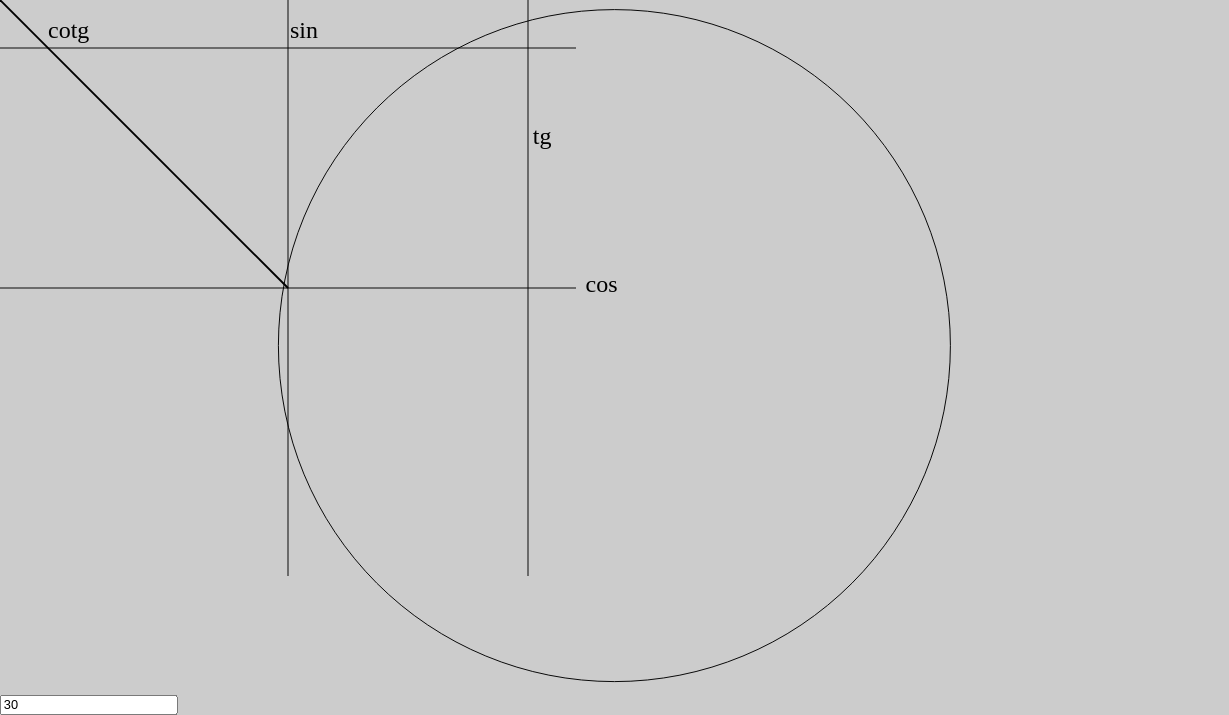
Repository: BraynStorm/braynstorm.github.io
Page: http://localhost/
An editor plug-in stored every save of this project. The page is shown before and after the next save, followed by the edit.
The browser window is 1280 px wide. The pictures show the whole page, at 96% of full size.
The page is run by PHP 8.4 with error messages shown; the project is at /var/www/html/.

Above is the page before, as saved 2015-02-24 20:09:41.

After the next save:
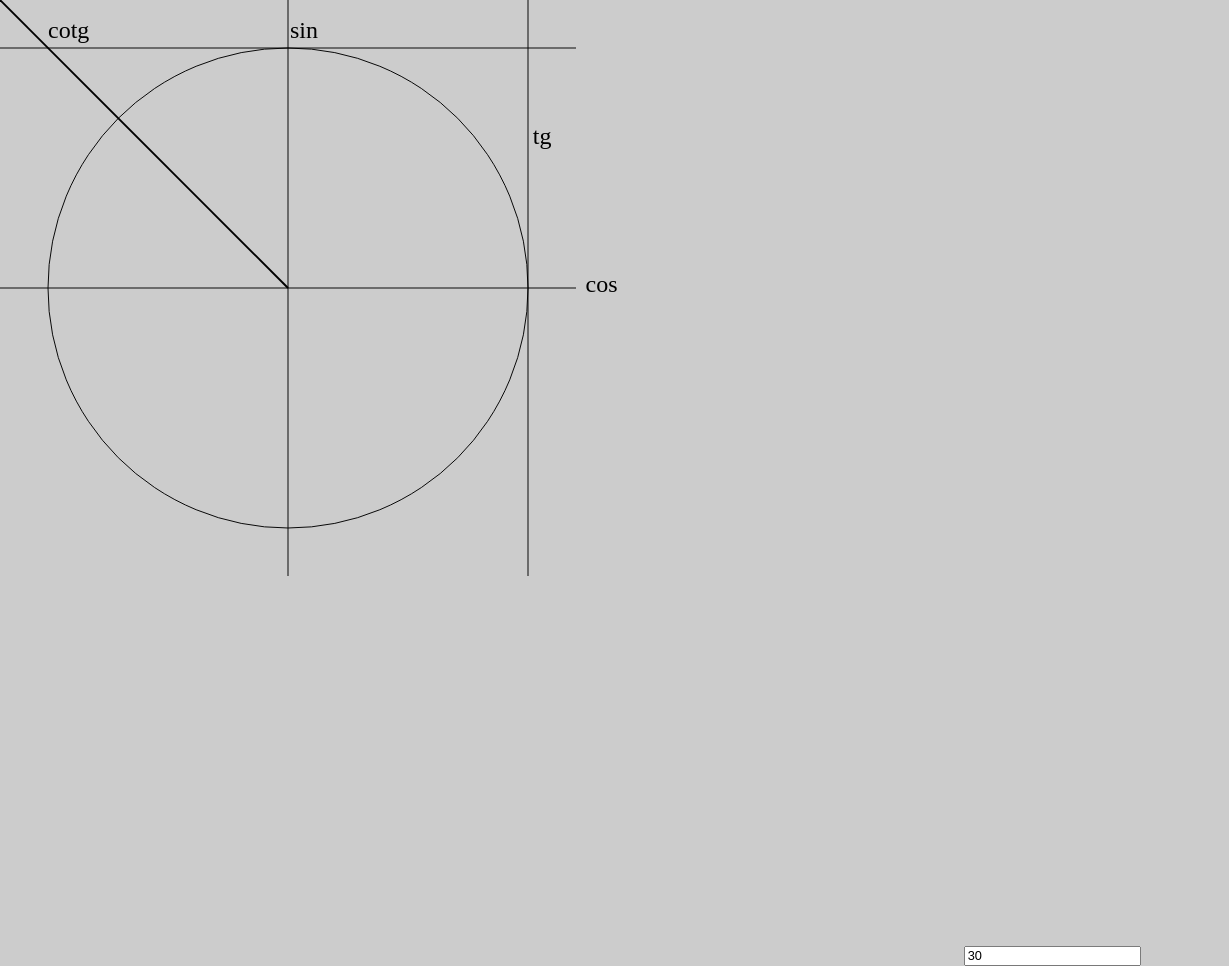
Console error: SyntaxError: Unexpected token 'var'
Saved 39 s later.
--- a/JSDrawing/js/swgDrawing.js
+++ b/JSDrawing/js/swgDrawing.js
@@ -1,15 +1,15 @@
 $(document).ready(function (){
-	var box			= $("#angleBox");
+	var angleBox			= $("#angleBox");
 	var beginX		= window.innerWidth/2;
 	var beginY		= window.innerHeight/2;
-
+	var
 
 	var sinColor = "#00AA00";
 	var cosColor = "#0000AA";
 	var tgColor = "#00AAAA";
 	var cotgColor = "#AA0000";
 
-	var radius		= 350;
+	var radius		= parseInt();
 
 	var svg			= $('svg');
 
@@ -133,7 +133,7 @@
 	animateAngle();
 
 	function animateAngle(){
-		var toAngle = parseInt(box.val());
+		var toAngle = parseInt(angleBox.val());
 
 		if(angle-toAngle > 0){
 			angle -= 1;

After the 2 saves that followed:
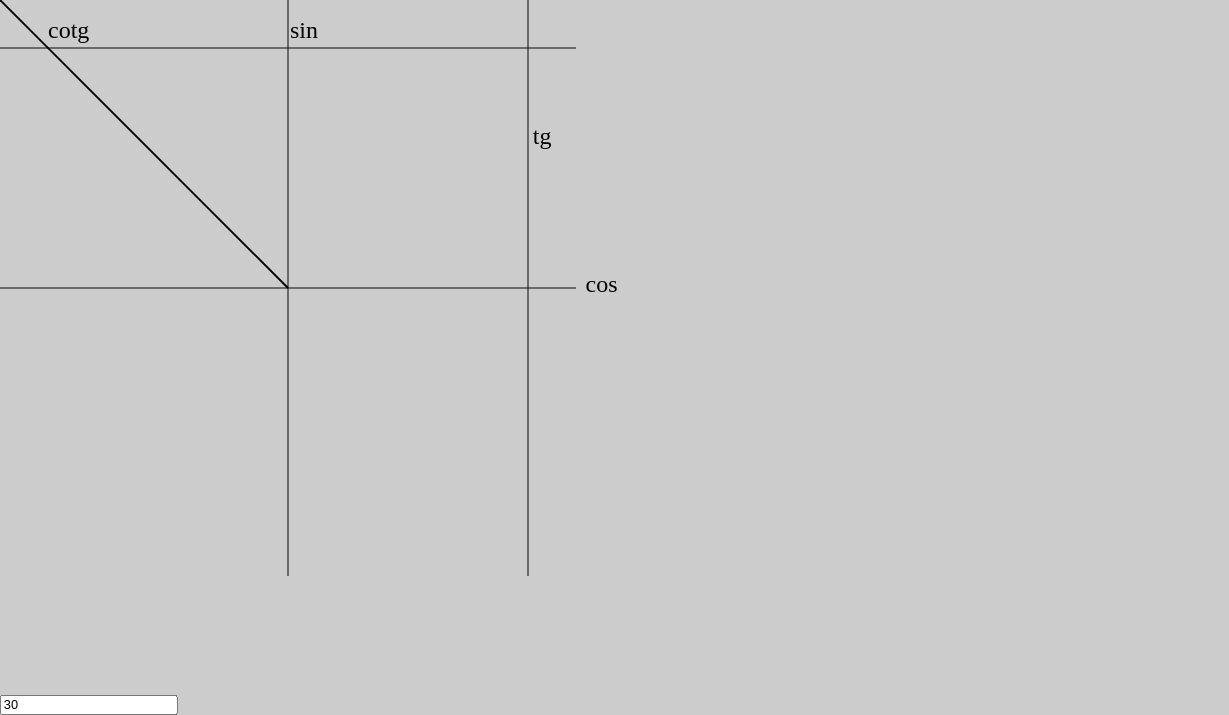
The error is gone.
The 2 saves are shown as one change because 1 left the picture as it was.
The last was saved 46 s later.
--- a/JSDrawing/js/swgDrawing.js
+++ b/JSDrawing/js/swgDrawing.js
@@ -1,15 +1,15 @@
 $(document).ready(function (){
-	var angleBox			= $("#angleBox");
+	var angleBox	= $("#angleBox");
+	var radiusBox	= $("#radiusBox");
 	var beginX		= window.innerWidth/2;
 	var beginY		= window.innerHeight/2;
-	var
 
 	var sinColor = "#00AA00";
 	var cosColor = "#0000AA";
 	var tgColor = "#00AAAA";
 	var cotgColor = "#AA0000";
 
-	var radius		= parseInt();
+	var radius		= parseInt(radiusBox.val());
 
 	var svg			= $('svg');
 
